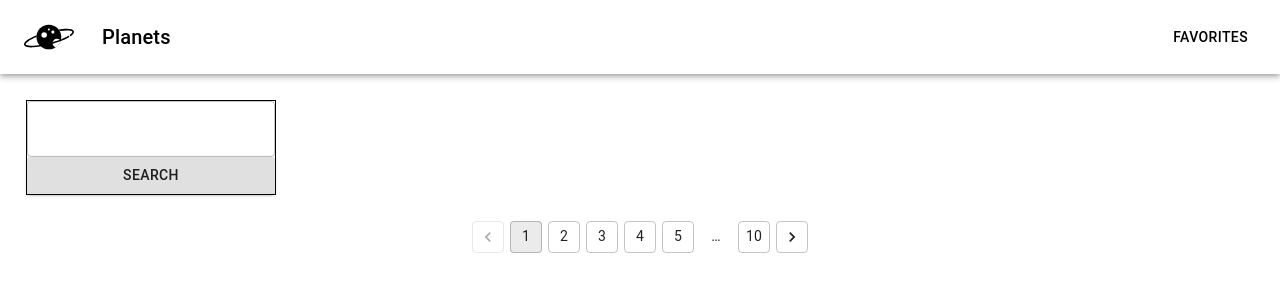
Repository: samridhie01/assignment
Page: /
An editor plug-in stored every save of this project. The page is shown before and after the next save, followed by the edit.
The browser window is 1280 px wide. The pictures show the whole page.
The page's requests for data from a server got no answer. The project was rebuilt for these pictures with package versions that can differ from the ones it lists, and the page was loaded fresh each time. A package was used in the major version that the imports need, not the one package.json lists. No one was signed in, and anything a server would have sent is missing. Also part of the build but not shown: src/components/planets/Planets.tsx, src/components/details/SpecificPlanetRetrievalService.ts, src/components/details/Details.tsx, src/components/favorites/Favorites.tsx.

Above is the page before, as saved 2020-08-20 18:14:13.

### src/index.tsx
import React from 'react';
import ReactDOM from 'react-dom';
import './index.css';
import App from './components/app/App';
import * as serviceWorker from './serviceWorker';
import { BrowserRouter } from 'react-router-dom';

ReactDOM.render(
  <React.StrictMode>
    <BrowserRouter>
    <App />
    </BrowserRouter>
  </React.StrictMode>,
  document.getElementById('root')
);

// If you want your app to work offline and load faster, you can change
// unregister() to register() below. Note this comes with some pitfalls.
// Learn more about service workers: https://bit.ly/CRA-PWA
serviceWorker.unregister();

### src/components/app/App.tsx
import React, { useEffect, useState } from "react";
import {Route, Switch } from 'react-router-dom';
import HomePage from "../homePage/HomePage";
import Details from "../details/Details";
import Favorites from "../favorites/Favorites";

const App = () => {
  return (
    <main>
      <Switch>
        <Route path="/" component={HomePage} exact />
        <Route path="/details" component={Details} />
        <Route path="/favs" component={Favorites} />
      </Switch>
    </main>

  );
};
export default App;

### src/components/homePage/HomePage.tsx
import React, { useEffect, useState } from "react";
import { useStyles } from "./HomePageStyle";
import Header from "../header/Header";
import Planets from "../planets/Planets";
import SearchBox from "../searchBox/SearchBox";
import { getPlanetData } from "./PlanetRetrievalService";
import Pagination from "@material-ui/lab/Pagination";


interface PlanetOverview{
  name: string,
  terrain: string
}
const HomePage = () => {
  const [planetData, setPlanetData] = useState<PlanetOverview[]>([]);
  const [favs, setFavs] =useState<PlanetOverview[]>([]);

  const handleAddToFavs = (data:any) =>{
    let newArr = [...favs, data];
    setFavs(newArr);
  }

  const classes = useStyles();

  useEffect(() => {
    getPlanetData().then(res => {
      setPlanetData(res.data.results);
    });
  }, []);

  return (
    <>
    <Header />
    <div className={classes.flexContainer}>
    <SearchBox />
      <div className={classes.item}>
        {planetData &&
          planetData.map((element: PlanetOverview, index: number) => {
            return <Planets data={element} onSaveClick={()=>{handleAddToFavs(element)}} />
          })}
      </div>
    </div>

    <Pagination
        count={10}
        defaultPage={1}
        variant="outlined"
        shape="rounded"
        className={classes.indexing}
      />

    </>
  );
};
export default HomePage;

### src/components/homePage/HomePageStyle.ts
import { makeStyles, createStyles, Theme } from "@material-ui/core/styles";

export const useStyles = makeStyles((theme: Theme) =>
  createStyles({
    flexContainer: {
      display: "inline-flex",
      flex: "1 0 50%",
      textAlign: "center",
      padding: "10px",
      overflow: "hidden"
    },
    item: {
      alignSelf: "flex-end"
    },
    indexing: {
      display: "flex",
      justifyContent: "center"
    },
    title: {
      flexGrow: 1
    }
  })
);

### src/components/header/Header.tsx
import React from "react";
import AppBar from "@material-ui/core/AppBar";
import {Toolbar, makeStyles, createStyles, IconButton, Button,Theme} from "@material-ui/core";
import {ReactComponent as PlanetIcon} from "../../assets/planet.svg";
import Typography from "@material-ui/core/Typography";

const useStyles = makeStyles((theme: Theme) =>
  createStyles({
    root: {
      flexGrow: 1,
    },
    menuButton: {
      marginRight: theme.spacing(2),
    },
    title: {
      flexGrow: 1,
    },
    logo: {
       width: 50,
       height: 50
      },
  }),
);


const Header =  ()=>{
    const classes=useStyles();
return(
<AppBar color="inherit"  position="static">
    <Toolbar>
        <IconButton edge="start" className={classes.menuButton} color="inherit" aria-label="menu">
        <PlanetIcon className={classes.logo}/>
        </IconButton>
        <Typography variant="h6" className={classes.title}>
            Planets
        </Typography>
        <Button color="inherit">Favorites</Button>
    </Toolbar>
</AppBar>
)


}

export default Header;

### src/components/searchBox/SearchBox.tsx
import React from "react";
import { Button, Box, TextField, Theme, makeStyles, createStyles } from "@material-ui/core";

const useStyles = makeStyles((theme: Theme) =>
  createStyles({
    dotted: {
         display: "flex",
         flexDirection: "column",
         width:'200%'
    }
  }),
);

const Planets = () => {
    const classes= useStyles();
  return (
    <>

    <Box height="250%" border={1} m={2} display="inline-block" className={classes.dotted}>
     <TextField variant="outlined"/>
     <Button variant="contained">Search</Button>
      </Box>
    </>
  );
};

export default Planets;

### src/components/homePage/PlanetRetrievalService.ts
import axios from 'axios';


export const getPlanetData= async()=>{
   const res = await axios({
        method: 'GET',
        url: `https://swapi.dev/api/planets`
      });
      return res;
}

Loaded but not shown: public/index.html (common file); src/index.css (common file); src/serviceWorker.ts (common file)

After the next save:
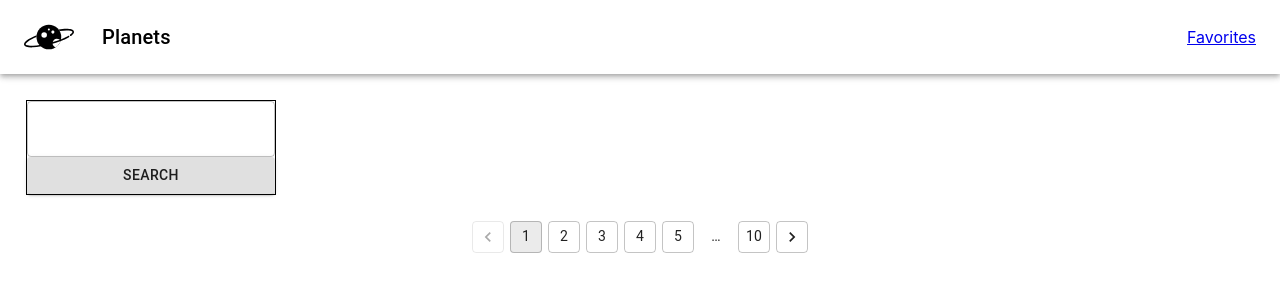
Saved 2 min 2 s later.
--- a/src/components/header/Header.tsx
+++ b/src/components/header/Header.tsx
@@ -3,6 +3,7 @@
 import {Toolbar, makeStyles, createStyles, IconButton, Button,Theme} from "@material-ui/core";
 import {ReactComponent as PlanetIcon} from "../../assets/planet.svg";
 import Typography from "@material-ui/core/Typography";
+import { Link } from "react-router-dom";
 
 const useStyles = makeStyles((theme: Theme) =>
   createStyles({
@@ -34,7 +35,7 @@
         <Typography variant="h6" className={classes.title}>
             Planets
         </Typography>
-        <Button color="inherit">Favorites</Button>
+        <Link to={{pathname: '/favs'}} color="inherit">Favorites</Link>
     </Toolbar>
 </AppBar>
 )
